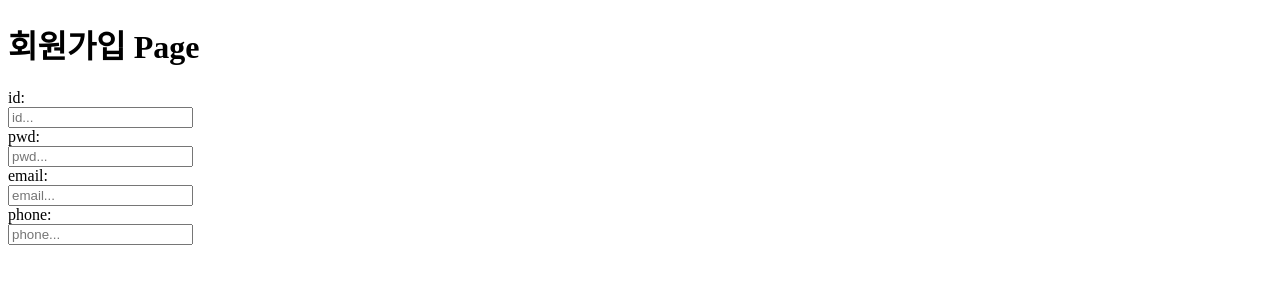
Repository: csk3830/jsp
Page: http://localhost/jsp_study/member/join.jsp
These files come from the project's save history. The page is drawn as it stood at one moment and after the next save; the edit follows.
The browser window is 1280 px wide. The pictures show the whole page.
The page is served by Tomcat 9. Other server files are loaded and not shown.

Above is the page before, as saved 2024-10-25 01:55:02.

### jsp_study/src/main/webapp/member/join.jsp
<%@ page language="java" contentType="text/html; charset=UTF-8"
    pageEncoding="UTF-8"%>
<!DOCTYPE html>
<html>
<head>
<meta charset="UTF-8">
<title>Insert title here</title>
</head>
<body>
	<h1>회원가입 Page</h1>

	<form action="/mem/register" method="post">
		id:<br>
		<input type="text" name="id" placeholder="id..."><br>
		pwd:<br>
		<input type="password" name="pwd" placeholder="pwd..."><br>
		email:<br>
		<input type="text" name="email" placeholder="email..."><br>
		phone:<br>
		<input type="text" name="phone" placeholder="phone...">
	</form>
</body>
</html>

After the next save:
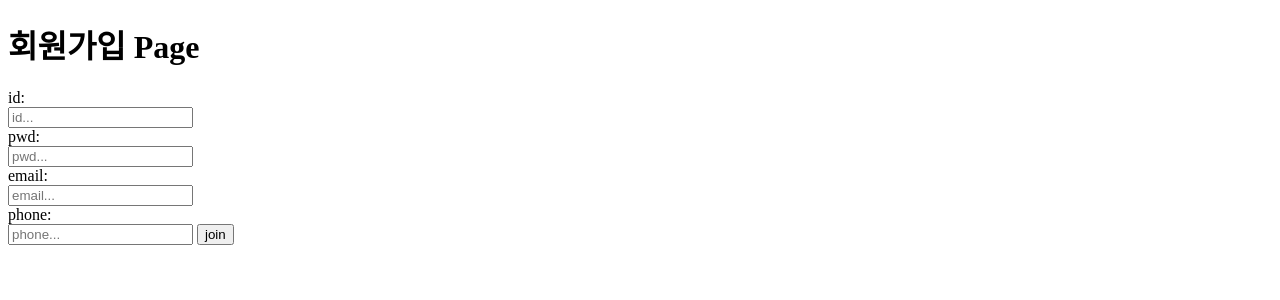
Saved 9 s later.
--- a/jsp_study/src/main/webapp/member/join.jsp
+++ b/jsp_study/src/main/webapp/member/join.jsp
@@ -18,6 +18,7 @@
 		<input type="text" name="email" placeholder="email..."><br>
 		phone:<br>
 		<input type="text" name="phone" placeholder="phone...">
+		<button type="submit">join</button>
 	</form>
 </body>
 </html>
